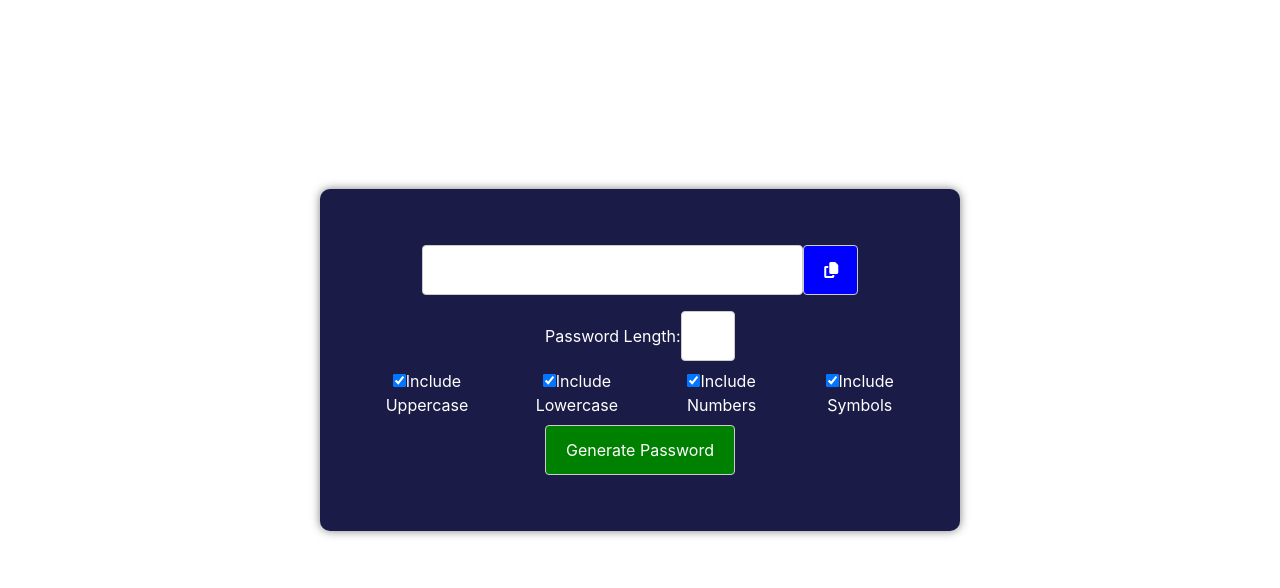
Repository: sriram1224/Password-generator
Page: / (app in password-generator/)
These files come from the project's save history. The page is drawn as it stood at one moment and after the next save; the edit follows.
The browser window is 1280 px wide. The pictures show the whole page.
Some web libraries are served in a nearby version. The project was rebuilt for these pictures with package versions that can differ from the ones it lists, and the page was loaded fresh each time.

Above is the page before, as saved 2024-03-10 21:53:57.

After the next save:
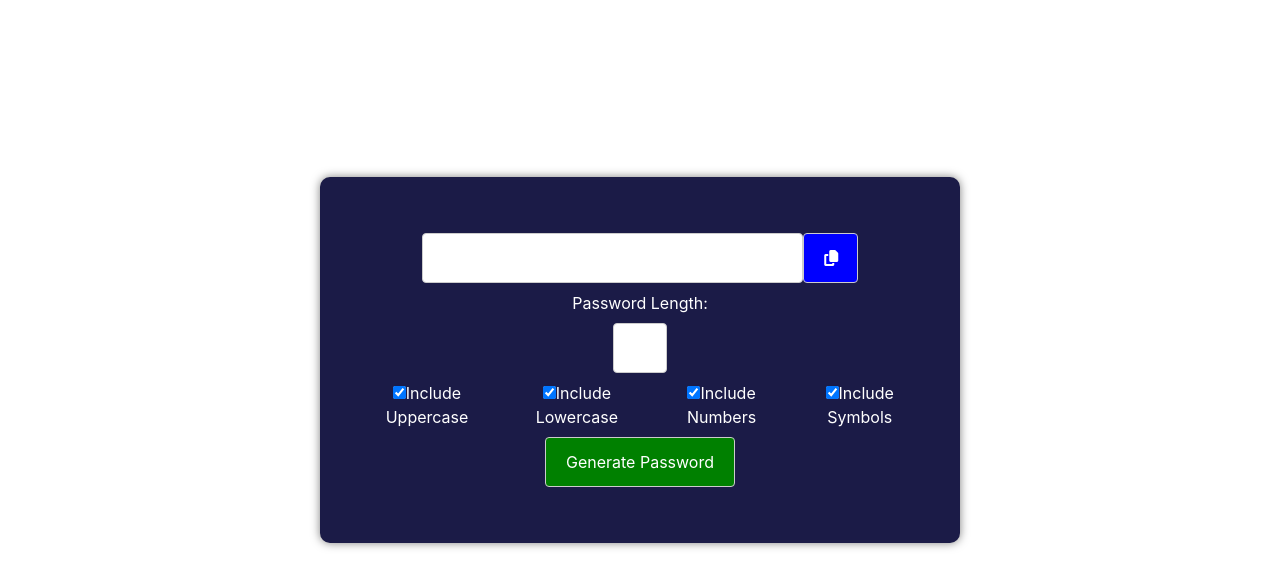
Saved 82 s later.
--- a/password-generator/src/Components/content.js
+++ b/password-generator/src/Components/content.js
@@ -51,7 +51,8 @@ const PasswordGenerator = () => {
           </div>
           <div>
         <label>
-          Password Length:
+                  Password Length:
+                  <br></br>
           <input type="number" value={passwordLength} class="input-numbers" onChange={(e) => setPasswordLength(parseInt(e.target.value))} />
         </label>
           </div>
